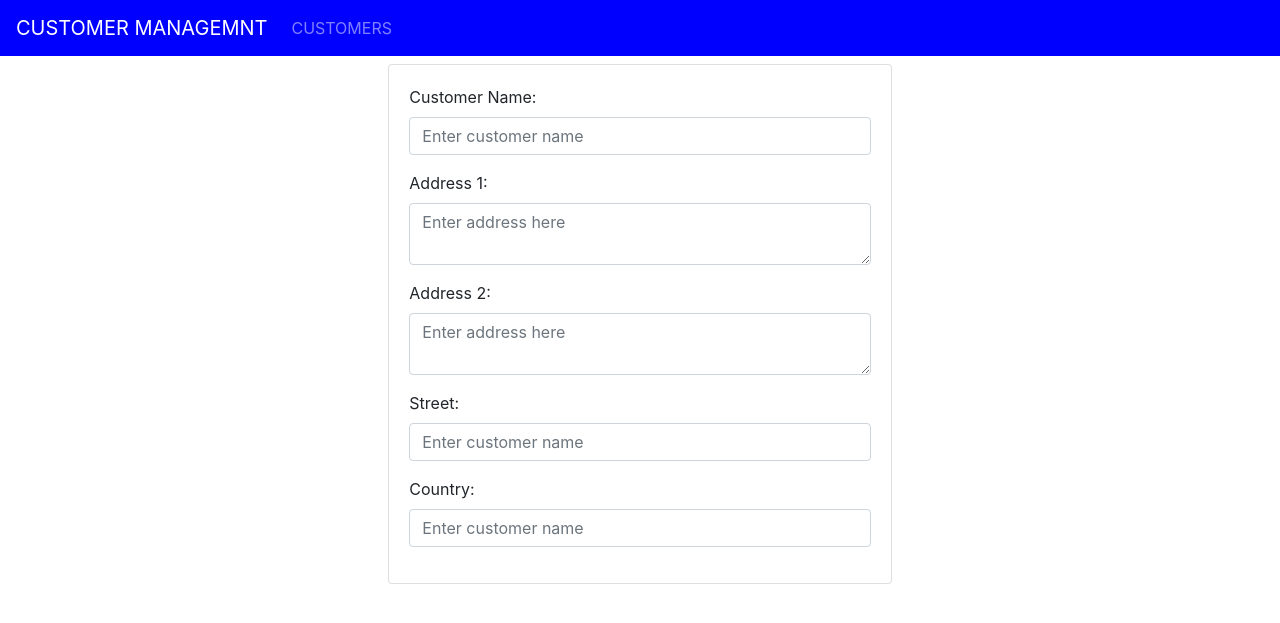
Repository: shruti-2522/webdirekt-assignment
Page: http://localhost/Customer-Project/customer-form.jsp
An editor plug-in stored every save of this project. The page is shown before and after the next save, followed by the edit.
The browser window is 1280 px wide. The pictures show the whole page.
The page is served by Tomcat 9.

Above is the page before, as saved 2021-07-05 10:38:05.

After the next save:
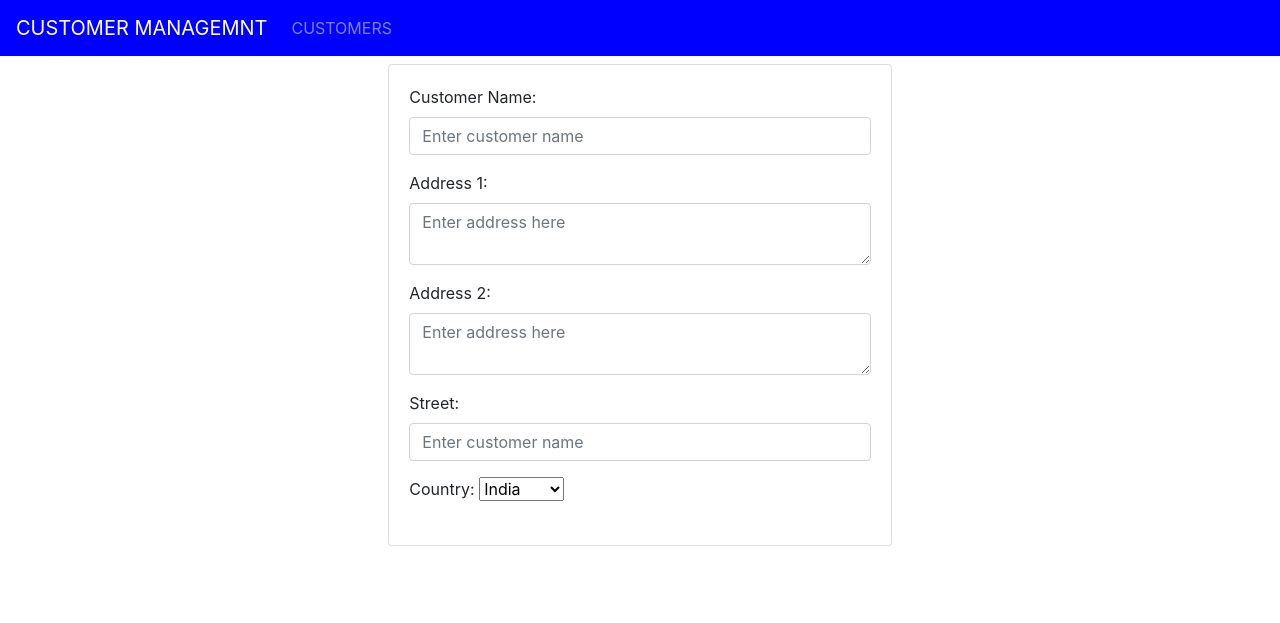
Saved 73 s later.
--- a/Customer-Project/src/main/webapp/customer-form.jsp
+++ b/Customer-Project/src/main/webapp/customer-form.jsp
@@ -59,9 +59,13 @@
 
 
 			<fieldset class="form-group">
-					<label>Country:</label> <input type="text"
-						class="form-control" placeholder="Enter customer name" name="street"
-						>
+					<label>Country:</label>
+
+					<select name="country">
+					<option>India</option>
+					<option>America</option>
+				    <option>Chin</option>
+					</select>
 				</fieldset>
 
 
